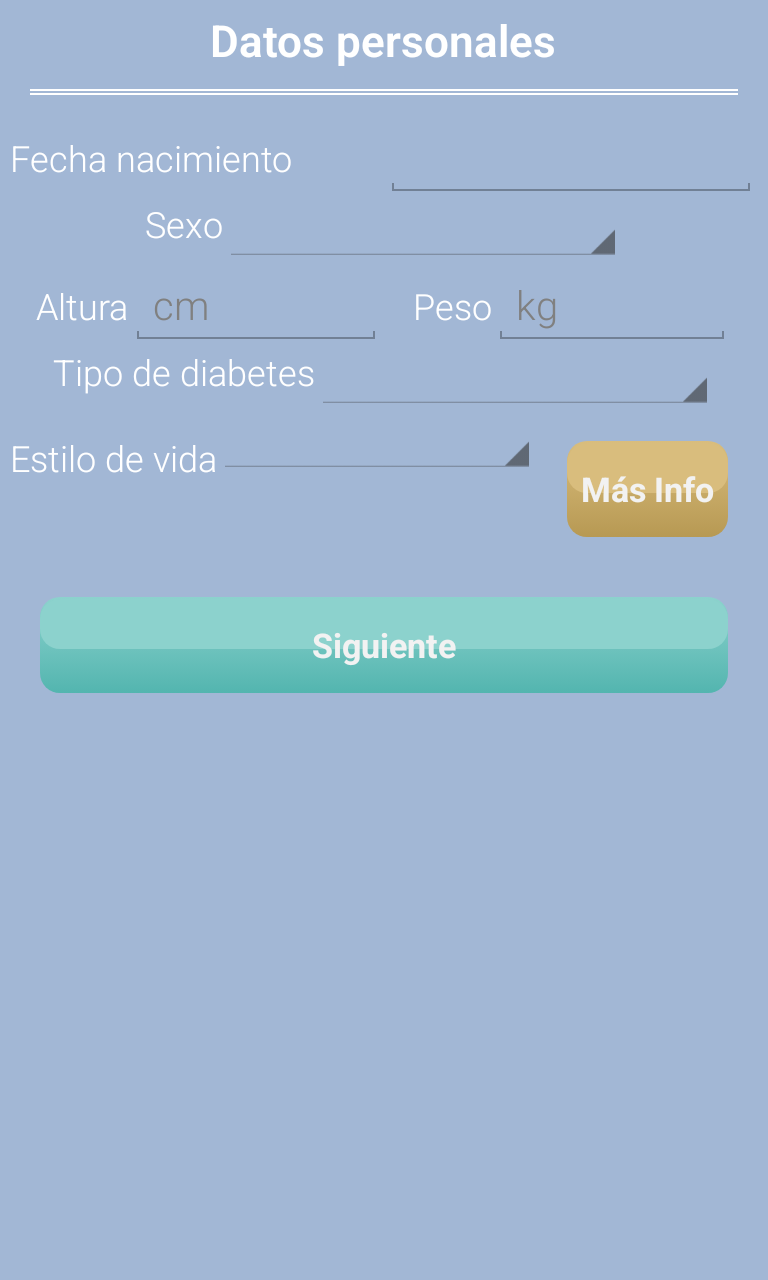
Repository: HectorGarciaMiguel/ssii-diabetes-060036
Layout: SeguimientoDiabetes/res/layout/activity_configuracion1.xml
These files come from the project's save history. The layout is drawn as it stood at one moment and after the next save; the edit follows.
It is drawn on a 768 x 1280 px phone screen (xhdpi) without system bars, with theme AppTheme; the app's code is not run.

Above is the layout before, as saved 2015-11-20 17:58:22.

### SeguimientoDiabetes/res/layout/activity_configuracion1.xml
<ScrollView xmlns:android="http://schemas.android.com/apk/res/android"
    xmlns:tools="http://schemas.android.com/tools"
    android:layout_width="fill_parent"
    android:layout_height="fill_parent"
    android:orientation="vertical">

<LinearLayout
    android:layout_width="fill_parent"
    android:layout_height="fill_parent"
    android:orientation="vertical"
    android:layout_margin="5dp"
    tools:context=".Configuracion1Activity" >

    <LinearLayout
        android:layout_width="fill_parent"
        android:layout_height="wrap_content"
        android:orientation="horizontal"
        android:gravity="center" >

        <TextView
            android:id="@+id/textView0"
            style="@style/RobotoStyleTextViewNegrita"
            android:layout_width="wrap_content"
            android:layout_height="wrap_content"
            android:text="Datos personales" />

    </LinearLayout>

          <View
              android:layout_width="wrap_content"
              android:layout_height="1dp"
              android:layout_marginBottom="1dp"
              android:layout_marginLeft="10dp"
              android:layout_marginRight="10dp"
              android:layout_marginTop="10dp"
              android:background="#FFFFFF" />

          <View
              android:layout_width="wrap_content"
              android:layout_height="1dp"
              android:layout_marginBottom="10dp"
              android:layout_marginLeft="10dp"
              android:layout_marginRight="10dp"
              android:background="#FFFFFF" />

    <LinearLayout
        android:layout_width="fill_parent"
        android:layout_height="wrap_content"
        android:orientation="horizontal"
        android:gravity="center_horizontal"
        android:layout_weight="0.3" >

        <TextView
            android:id="@+id/textView1"
            android:layout_width="0dp"
            android:layout_height="wrap_content"
            android:layout_weight="1"
            android:text="Fecha nacimiento" />

        <EditText
            android:id="@+id/editText1"
            android:layout_width="0dp"
            android:layout_height="wrap_content"
            android:layout_weight="1"
            android:inputType="date"
            android:onClick="lanzarFecha" >

        </EditText>

    </LinearLayout>

    <LinearLayout
        android:layout_width="wrap_content"
        android:layout_height="wrap_content"
        android:orientation="horizontal"
        android:layout_gravity="center_horizontal"
        android:layout_weight="0.4" >

        <TextView
            android:id="@+id/textView2"
            android:layout_width="wrap_content"
            android:layout_height="wrap_content"
            android:text="Sexo" />

           <Spinner
              	android:id="@+id/CmbOpciones1"
				android:layout_width="200dp"
               	android:layout_height="wrap_content" />

    </LinearLayout>

    <LinearLayout
        android:layout_width="fill_parent"
        android:layout_height="wrap_content"
        android:orientation="horizontal"
        android:gravity="center_horizontal"
        android:layout_weight="0.4" >

        <TextView
            android:id="@+id/textView4"
            android:layout_width="wrap_content"
            android:layout_height="wrap_content"
            android:text="Altura" />

        <EditText
            android:id="@+id/editText3"
            android:layout_width="wrap_content"
            android:layout_height="wrap_content"
            android:hint="cm               "
            android:layout_marginRight="15dp"
            android:inputType="number" />

        <TextView
            android:id="@+id/textView3"
            android:layout_width="wrap_content"
            android:layout_height="wrap_content"
            android:text="Peso" />

        <EditText
            android:id="@+id/editText2"
            android:layout_width="wrap_content"
            android:layout_height="wrap_content"
            android:hint="kg               "
            android:inputType="numberDecimal" />

    </LinearLayout>

    <LinearLayout
        android:layout_width="fill_parent"
        android:layout_height="wrap_content"
        android:orientation="horizontal"
        android:gravity="center_horizontal"
        android:layout_weight="0.3" >

        <TextView
            android:id="@+id/textView5"
            android:layout_width="wrap_content"
            android:layout_height="wrap_content"
            android:text="Tipo de diabetes" />

        <Spinner
            android:id="@+id/CmbOpciones2"
            android:layout_width="200dp"
            android:layout_height="wrap_content"/>

    </LinearLayout>

    <LinearLayout
        android:layout_width="fill_parent"
        android:layout_height="wrap_content"
        android:orientation="horizontal"
        android:gravity="center_horizontal"
        android:layout_weight="1">

        <TextView
            android:id="@+id/textView6"
            android:layout_width="wrap_content"
            android:layout_height="wrap_content"
            android:text="Estilo de vida" />

        <Spinner
            android:id="@+id/CmbOpciones3"
			android:layout_width="160dp"
            android:layout_height="wrap_content" />

        <Button
            android:id="@+id/button1"
            android:background="@drawable/mibotonnaranja"
			style="@style/Boton"
        	android:onClick="lanzarInfo2"
        	android:layout_height="wrap_content"
        	android:text="Más Info" />

    </LinearLayout>

    <LinearLayout
        android:layout_width="fill_parent"
        android:layout_height="wrap_content"
        android:orientation="horizontal"
        android:gravity="center_horizontal"
        android:layout_weight="0.4" >

        <Button
            android:id="@+id/button2"
            style="@style/Boton"
            android:background="@drawable/mibotonverde"
			android:layout_height="wrap_content"
            android:onClick="lanzarConfiguracion2"
            android:text="Siguiente" />

    </LinearLayout>

</LinearLayout>
</ScrollView>

### SeguimientoDiabetes/res/drawable/mibotonnaranja.xml
<?xml version="1.0" encoding="utf-8"?>
<selector xmlns:android="http://schemas.android.com/apk/res/android" >

 <item android:state_pressed="true">
     <layer-list >
       <item >
           <shape android:shape="rectangle">
            <gradient
  				  android:startColor="#A08648"
                  android:endColor="#806830"
                  android:angle="-90"
                  android:type="linear"
                  />
            <corners android:radius="10dp" />
            </shape>
            </item>
            <item android:top="1dp" android:bottom="22dp" >
 	 <shape android:shape="rectangle">
  				<solid android:color="#A08648"/>
              <corners android:radius="10dp" />

            </shape>
      </item>
      </layer-list>
  </item>




<item android:state_focused="true">
     <layer-list >
       <item >
           <shape android:shape="rectangle">
            <gradient
  				  android:startColor="#A08648"
                  android:endColor="#806830"
                  android:angle="-90"
                  android:type="linear"
                  />
            <corners android:radius="10dp" />
            </shape>
            </item>
            <item android:top="1dp" android:bottom="50px" >
  <shape android:shape="rectangle">
  <solid android:color="#A08648"/>
              <corners android:radius="10dp" />

            </shape>
      </item>
      </layer-list>
  </item>







 <item>
     <layer-list >
       <item >
           <shape android:shape="rectangle">
            <gradient
  				  android:startColor="#D9BD7D"
                  android:endColor="#B79953"
                  android:angle="-90"
                  android:type="linear"
                  />
			<corners android:radius="10dp" />
			</shape>
        </item>
        <item android:top="1dp" android:bottom="22dp" >
  			<shape android:shape="rectangle">
  			<solid android:color="#D9BD7D"/>
       			<corners android:radius="10dp" />
           </shape>
      </item>
      </layer-list>
  </item>
</selector>

### SeguimientoDiabetes/res/drawable/mibotonverde.xml
<?xml version="1.0" encoding="utf-8"?>
<selector xmlns:android="http://schemas.android.com/apk/res/android" >

 <item android:state_pressed="true">
     <layer-list >
       <item >
           <shape android:shape="rectangle">
            <gradient
  				  android:startColor="#104849"
                  android:endColor="#0B393A"
                  android:angle="-90"
                  android:type="linear"
                  />
            <corners android:radius="10dp" />
            </shape>
            </item>
            <item android:top="1dp" android:bottom="22dp" >
 	 <shape android:shape="rectangle">
  				<solid android:color="#104849"/>
              <corners android:radius="10dp" />

            </shape>
      </item>
      </layer-list>
  </item>




<item android:state_focused="true">
     <layer-list >
       <item >
           <shape android:shape="rectangle">
            <gradient
  				  android:startColor="#104849"
                  android:endColor="#0B393A"
                  android:angle="-90"
                  android:type="linear"
                  />
            <corners android:radius="10dp" />
            </shape>
            </item>
            <item android:top="1dp" android:bottom="50px" >
  <shape android:shape="rectangle">
  <solid android:color="#104849"/>
              <corners android:radius="10dp" />

            </shape>
      </item>
      </layer-list>
  </item>







 <item>
     <layer-list >
       <item >
           <shape android:shape="rectangle">
            <gradient
  				  android:startColor="#8CD2CD"
                  android:endColor="#53B5AF"
                  android:angle="-90"
                  android:type="linear"
                  />
			<corners android:radius="10dp" />
			</shape>
        </item>
        <item android:top="1dp" android:bottom="22dp" >
  			<shape android:shape="rectangle">
  			<solid android:color="#8CD2CD"/>
       			<corners android:radius="10dp" />
           </shape>
      </item>
      </layer-list>
  </item>
</selector>

Loaded but not shown: SeguimientoDiabetes/res/values/styles.xml (common file); SeguimientoDiabetes/res/values-v11/styles.xml (common file); SeguimientoDiabetes/res/values-v14/styles.xml (common file)

After the next save:
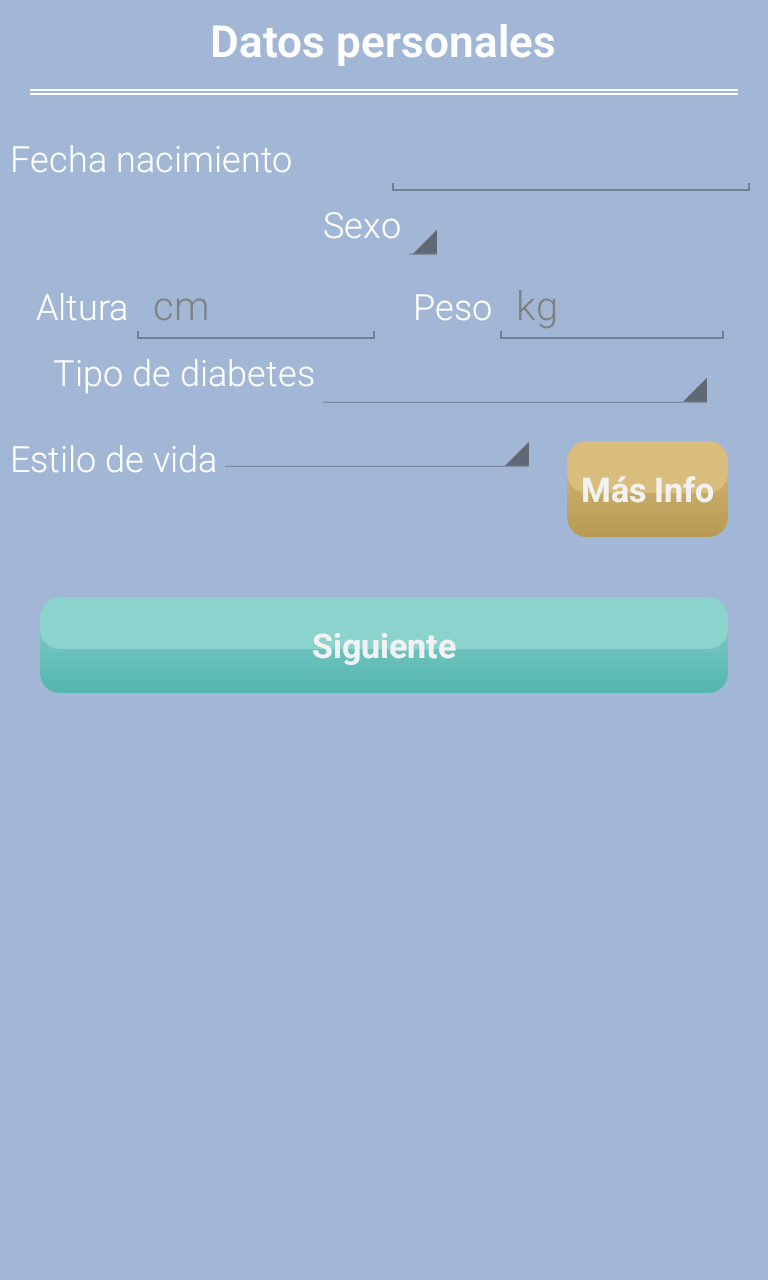
Saved 36 s later.
--- a/SeguimientoDiabetes/res/layout/activity_configuracion1.xml
+++ b/SeguimientoDiabetes/res/layout/activity_configuracion1.xml
@@ -78,14 +78,16 @@
 
         <TextView
             android:id="@+id/textView2"
-            android:layout_width="wrap_content"
+            android:layout_width="0dp"
             android:layout_height="wrap_content"
+            android:layout_weight="1"
             android:text="Sexo" />
 
            <Spinner
               	android:id="@+id/CmbOpciones1"
-				android:layout_width="200dp"
-               	android:layout_height="wrap_content" />
+				android:layout_width="0dp"
+               	android:layout_height="wrap_content"
+            android:layout_weight="1"/>
 
     </LinearLayout>
 

After the save that followed:
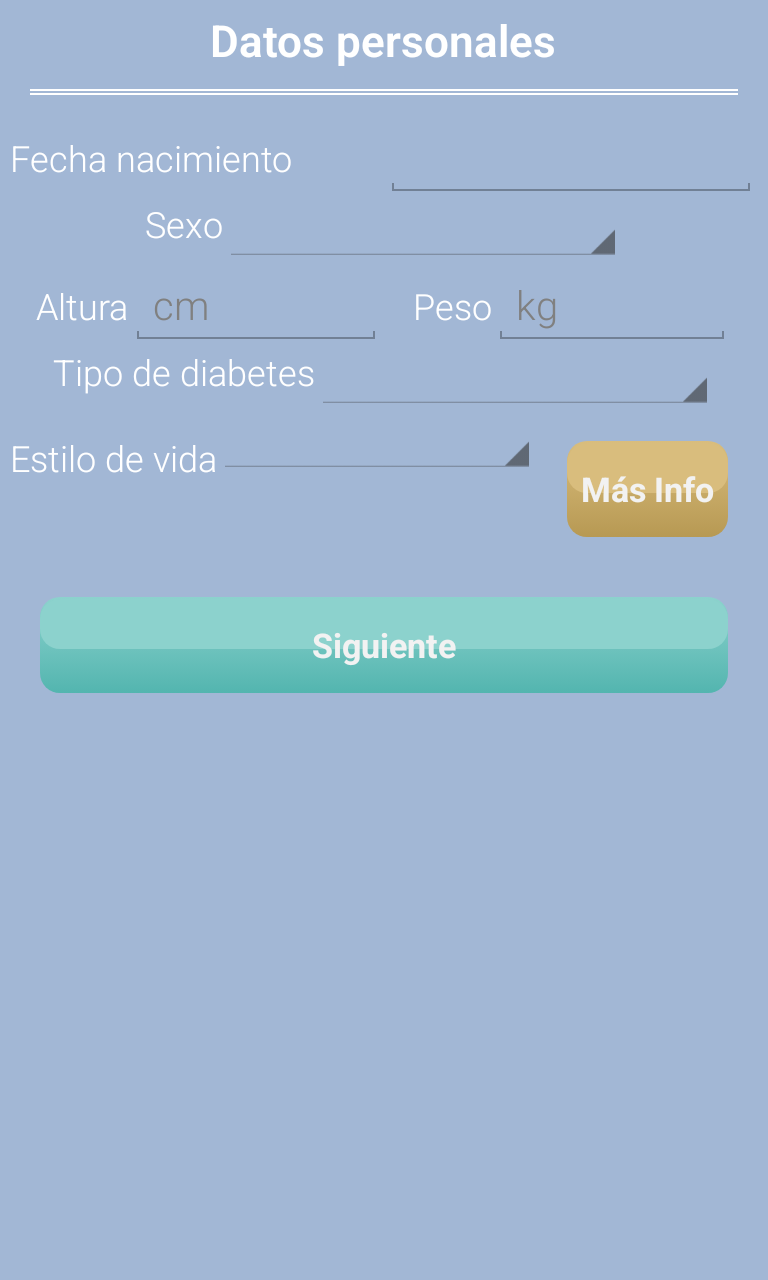
Saved 18 s later.
--- a/SeguimientoDiabetes/res/layout/activity_configuracion1.xml
+++ b/SeguimientoDiabetes/res/layout/activity_configuracion1.xml
@@ -85,9 +85,8 @@
 
            <Spinner
               	android:id="@+id/CmbOpciones1"
-				android:layout_width="0dp"
-               	android:layout_height="wrap_content"
-            android:layout_weight="1"/>
+				android:layout_width="200dp"
+               	android:layout_height="wrap_content"/>
 
     </LinearLayout>
 
